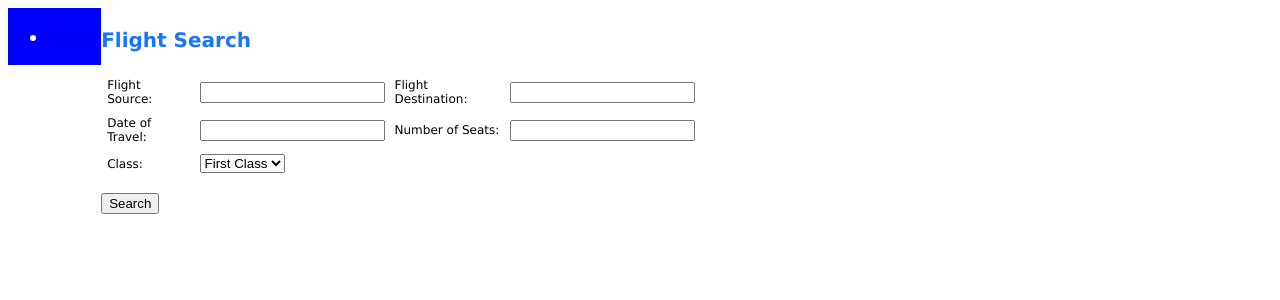
Repository: jliu9000/CSE-464---Flight-Pages
Page: http://localhost/HW1/FlightSearch.jsp
The author's editor kept a copy of each file at every save. The page is drawn from the files as they stood at one save, then again after the next save.
The browser window is 1280 px wide. The pictures show the whole page.
Some web libraries are served in a nearby version. The page is served by Tomcat 9. Other server files are loaded and not shown.

Above is the page before, as saved 2014-09-25 01:38:28.

### HW1/WebContent/FlightSearch.jsp
<%@ page language="java" contentType="text/html; charset=ISO-8859-1"
    pageEncoding="ISO-8859-1"%>
<!DOCTYPE html PUBLIC "-//W3C//DTD HTML 4.01 Transitional//EN" "http://www.w3.org/TR/html4/loose.dtd">
<html>
<head>
<script src="http://ajax.googleapis.com/ajax/libs/jquery/1.11.1/jquery.min.js"></script>
<meta http-equiv="Content-Type" content="text/html; charset=ISO-8859-1">
<link rel="stylesheet" type="text/css" href="CSS/FlightStyles.css">
<title>Flight Search</title>
</head>


<body>
	<div id='sidebar' class='sidebar'>
        <script>
            $("#sidebar").load("sidebar.html");
        </script>
	</div>
	<div class='main'>
		<p class="PageTitle">Flight Search</p>

		<form name="SearchFlights" action='FlightSearchResults.jsp' method=get>
			<table width=600>
				<tr>
					<TD>Flight Source:</td><td> <input type="text" name="sSource"></TD>
					<td>Flight Destination:</td><td>  <input type="text" name="sDestination"></td>
				</tr>
				<tr>
					<td>Date of Travel: </td><td> <input type="text" name="sDate"></td>
					<td>Number of Seats: </td><td> <input type="text" name="nSeats"></td>
				</tr>
				<tr>
					<td>Class:</td>
					<td>
						<select name="class">
						<option value="first">First Class</option>
						<option value="business">Business</option>
						<option value="economy">Economy</option>
						</select>
					</td>
				</tr>
			</table>
			<br>
			<input type="submit" value="Search">

		</form>

	</div>


</body>
</html>

### HW1/WebContent/CSS/FlightStyles.css
@CHARSET "ISO-8859-1";

body {
	font-family: "Verdana";
	font-size:12px;

}

div.sidebar {
	color:white;
	background-color:blue;
	border-style:none;
	font-size:150%;
	float:left;
}
div.main {
	float: left;
}

a.sidebar {

	display: block;

}

p {
    font-size: 12px;

}

p.PageTitle {
    font-size: 20px;
    color: #1975FF;
    font-weight: bold;
}

p.subheading {

	font-size: 16px;
	color: #5858DA;
}

p.message {
	color: red;
	text-align: center;
}

table {


}

th {
    background-color: #1975FF;
    color: white;
    padding: 4px;
    padding-left: 8px;
	padding-right: 8px;

}

tr {
}

tr.repeatalt {

	padding: 2px;
	padding-left: 5px;
	padding-right: 5px;
	background-color: #E6E6E6;

}

tr.repeat {
	padding: 2px;
	padding-left: 5px;
	padding-right: 5px;

}

td.button{
	text-align: center;
}

td{
	text-align: left;
	padding: 4px;

}

td.key{
	font-weight: bold;
}




#login {
    font-size:12px;
}

### HW1/WebContent/sidebar.html
<!DOCTYPE html PUBLIC "-//W3C//DTD HTML 4.01 Transitional//EN" "http://www.w3.org/TR/html4/loose.dtd">
<html>
<head>
<meta http-equiv="Content-Type" content="text/html; charset=ISO-8859-1">
<link rel="stylesheet" type="text/css" href="CSS/FlightStyles.css">



</head>
<body>



		<ul class="sidebar">
		  <li><a href="FlightSearch.jsp">Home</a></li>

		</ul>


</body>
</html>

After the next save:
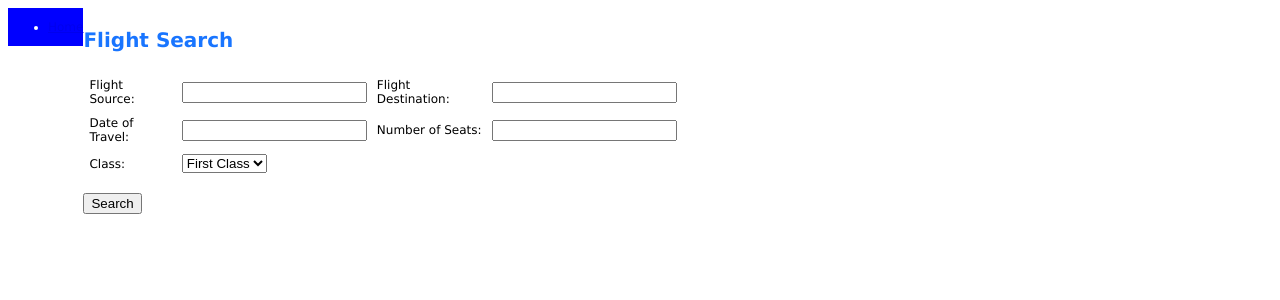
Saved 40 s later.
--- a/HW1/WebContent/CSS/FlightStyles.css
+++ b/HW1/WebContent/CSS/FlightStyles.css
@@ -10,7 +10,7 @@ div.sidebar {
 	color:white;
 	background-color:blue;
 	border-style:none;
-	font-size:150%;
+	font-size:12px;
 	float:left;
 }
 div.main {
